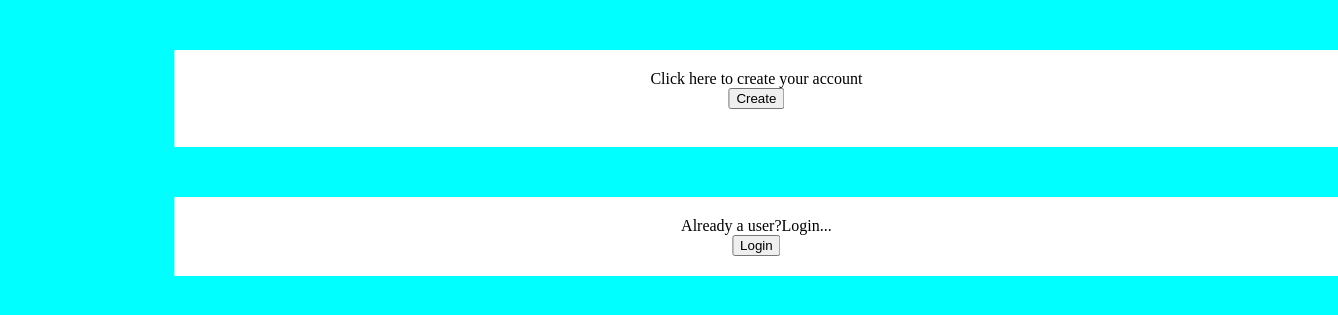
Repository: rosikraj/TurbifyTraining
Page: Wallet/WebContent/button.html
An editor plug-in stored every save of this project. The page is shown before and after the next save, followed by the edit.
The browser window is 1280 px wide. The page is 1338 px wide, then 1280 px, so the pictures cover 1338 px, including what lies to the right of the window. The pictures show the whole page.

Above is the page before, as saved 2023-09-24 05:54:33.

### Wallet/WebContent/button.html
<!DOCTYPE html>
<html>
<head>
<meta charset="ISO-8859-1">
<title>Insert title here</title>
<script type="text/javascript">
        window.history.forward();
        function noBack() {
            window.history.forward();
        }
    </script>
<style>
    	form{
    		background-color:white;
    		align:center;
    		display:block;
    		margin:50px;
    		padding:20px;
    		transform:translateX(10%);
    	}
    </style>
</head>
<body bgcolor="cyan" text="black">
<center>
<form method="post" action="create.jsp">
Click here to create your account<br>
<input type="submit" name="create" value="Create"><br><br>
</form>
<form method="post" action="login.jsp">
Already a user?Login...<br>
<input type="submit" name="login" value="Login">
</form>
</center>
</body>
</html>

After the next save:
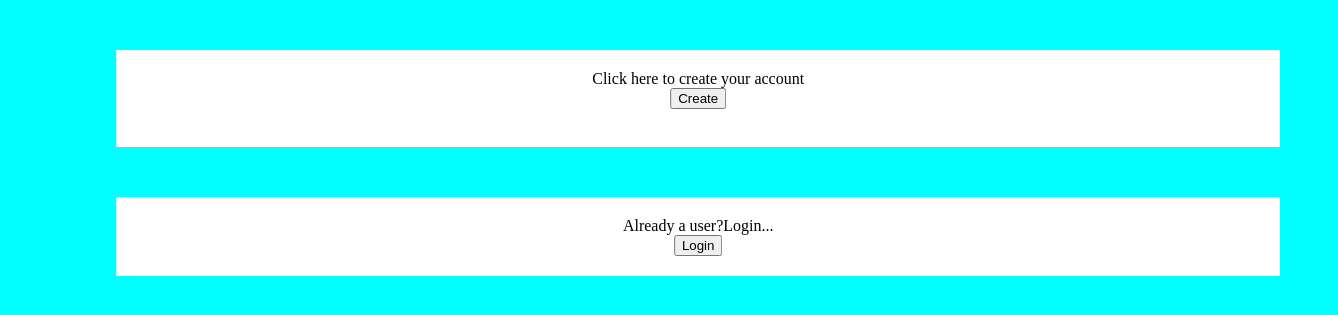
Saved 15 s later.
--- a/Wallet/WebContent/button.html
+++ b/Wallet/WebContent/button.html
@@ -16,7 +16,7 @@
     		display:block;
     		margin:50px;
     		padding:20px;
-    		transform:translateX(10%);
+    		transform:translateX(5%);
     	}
     </style>
 </head>
